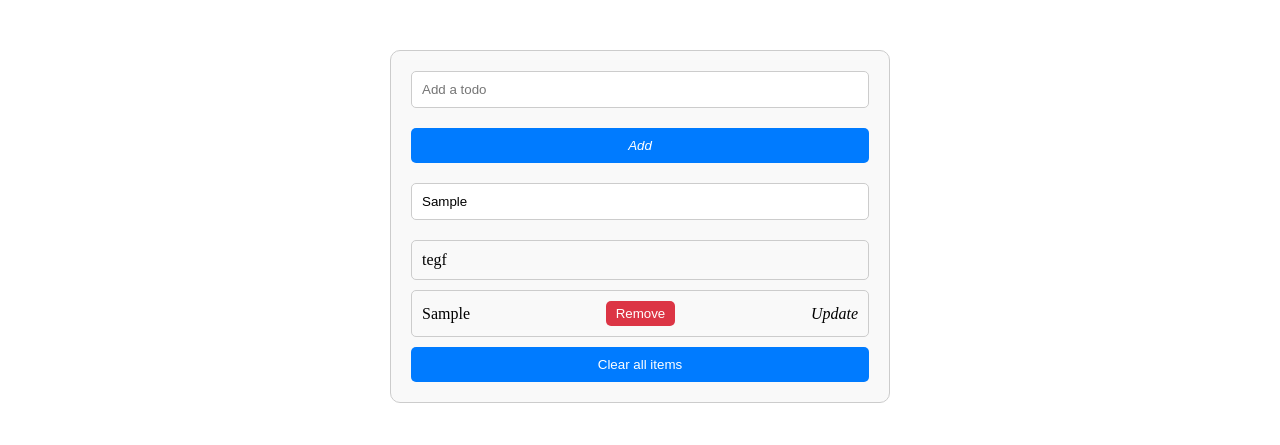
Repository: Fariadd/Vanilla-JS
Page: movieAPI/index.html
An editor plug-in stored every save of this project. The page is shown before and after the next save, followed by the edit.
The browser window is 1280 px wide. The pictures show the whole page.
Empty fields were first filled with sample values (such as "Sample", 5 or name@example.com).
After loading, the first visible `form.form` was submitted once.

Above is the page before, as saved 2024-10-04 11:09:08.

### movieAPI/index.html
<!DOCTYPE html>
<html lang="en">
  <head>
    <meta charset="UTF-8" />
    <meta name="viewport" content="width=device-width, initial-scale=1.0" />
    <title>Document</title>
    <link rel="stylesheet" href="style.css" />
  </head>
  <body>
    <div class="container">
      <form class="form" action="">
        <input type="text" placeholder="Add a todo" class="input" />
        <button class="btn" type="submit">Add</button>
        <input
          type="text"
          class="input"
          placeholder="filter items"
          id="filter"
        />
      </form>

      <ul class="card-list">
        <li>tegf</li>
      </ul>
      <button id="button" type="submit">Clear all items</button>
    </div>
    <script src="script.js"></script>
  </body>
</html>

### movieAPI/style.css
/* Basic reset */
* {
   margin: 0;
   padding: 0;
   box-sizing: border-box;
 }

 /* Container styling */
 .container {
   max-width: 500px;
   margin: 50px auto;
   padding: 20px;
   border: 1px solid #ccc;
   border-radius: 10px;
   background-color: #f9f9f9;

 }

 /* Form styling */
 .form {
   display: flex;
   flex-direction: column;
   justify-content: space-between;
   margin-bottom: 20px;
  row-gap: 20px;
 }

 .input {
   flex: 1;
   padding: 10px;
   border: 1px solid #ccc;
   border-radius: 5px;
   margin-right: 10px;
   width: 100%;

 }

 .btn {
   padding: 10px 20px;
   border: none;
   background-color: #007bff;
   color: white;
   border-radius: 5px;
   cursor: pointer;
 }

 #button{
  width: 100%;
  padding: 10px 20px;
  border: none;
  background-color: #007bff;
  color: white;
  border-radius: 5px;
  cursor: pointer;
 }

 .btn:hover {
   background-color: #0056b3;
 }

 /* Todo List */
 .card-list {
   list-style-type: none;
 }

 .card-list li {
   padding: 10px;
   border: 1px solid #ccc;
   border-radius: 5px;
   margin-bottom: 10px;
   display: flex;
   justify-content: space-between;
   align-items: center;
 }
 .card-list .update-btn{
  color: #ccc;
  background-color: #dc3545;
  color: white;
  border: none;
  padding: 5px 10px;
  cursor: pointer;
  border-radius: 5px;
 }

 /* Remove button */
 .remove-btn {
   background-color: #dc3545;
   color: white;
   border: none;
   padding: 5px 10px;
   cursor: pointer;
   border-radius: 5px;
 }

 .remove-btn:hover {
   background-color: #c82333;
 }

### movieAPI/script.js
const input = document.querySelector(".input");
const form = document.querySelector(".form");
const cardList = document.querySelector(".card-list");
const filter = document.querySelector("#filter");
const button = document.querySelector("#button");
const updateButton = document.querySelector(".btn");

function displayItemFromStorage() {
  let itemFromStorage = getItemFromStorage();
  itemFromStorage.forEach((item) => {
    createTodo(item); // Reuse the createTodo function to display each item
  });
}

form.addEventListener("submit", (e) => {
  e.preventDefault();

  let inputValue = input.value.trim();
  if (inputValue === "") {
    alert("add a todo");
    return;
  }

  if (existingItem(inputValue)) {
    alert("Item already exists!");
    return;
  }
  createTodo(inputValue);
  addItemToStorage(inputValue);
  checkUI();

  input.value = "";
});

function createTodo(todoText) {
  const li = document.createElement("li");
  li.textContent = todoText;

  const btn = document.createElement("button");
  btn.textContent = "Remove";
  btn.classList.add("remove-btn");

  const updateBtn = document.createElement("i");
  updateBtn.textContent = "Update";
  updateBtn.classList.add("update");

  li.appendChild(btn);
  li.appendChild(updateBtn);

  updateBtn.addEventListener("click", () => setItemToEdit(updateBtn));
  // Append the new todo item to the list
  cardList.appendChild(li);
}

function checkUI() {
  const liLists = cardList.querySelectorAll("li");
  if (liLists.length === 0) {
    filter.style.display = "none";
    button.style.display = "none";
  } else {
    filter.style.display = "block";
    button.style.display = "block";
  }
}
function addItemToStorage(newItem) {
  let itemFromStorage = getItemFromStorage();
  itemFromStorage.push(newItem);
  localStorage.setItem("item", JSON.stringify(itemFromStorage));
}

function getItemFromStorage() {
  let itemFromStorage;
  if (localStorage.getItem("item") === null) {
    itemFromStorage = [];
  } else {
    itemFromStorage = JSON.parse(localStorage.getItem("item"));
  }
  return itemFromStorage;
}

function removeItemFromStorage(event) {
  if (event.target.classList.contains("remove-btn"))
    if (confirm("Delete")) {
      const li = event.target.parentElement;
      const textItem = li.textContent.replace("Remove", "");
      li.remove(); // remove from ui

      // update local storage
      let itemsFromStorage = getItemFromStorage();
      itemsFromStorage = itemsFromStorage.filter((item) => item !== textItem);
      localStorage.setItem("item", JSON.stringify(itemsFromStorage));
    }
  checkUI();
}

function existingItem(item) {
  let itemFromStorage = getItemFromStorage();
  return itemFromStorage.includes(item);
}

function filterItem(e) {
  const liLists = cardList.querySelectorAll("li");
  const event = e.target.value.toLowerCase();

  liLists.forEach((item) => {
    const text = item.textContent.toLowerCase();
    text.includes(event)
      ? (item.style.display = "flex")
      : (item.style.display = "none");
  });
}

function checkUI() {
  const liLists = cardList.querySelectorAll("li");
  if (liLists.length === 0) {
    filter.style.display = "none";
    button.style.display = "none";
  } else {
    filter.style.display = "block";
    button.style.display = "block";
  }

  updateButton.innerHTML = "<i>Add</i>";

  isEidtMode = false;
}
function clearAllItems(e) {
  const liItems = cardList.querySelectorAll("li");

  if (liItems.length === 0) {
    console.log("do nothing");
  } else {
    cardList.innerHTML = "";
    localStorage.removeItem("item");
  }
  checkUI();
}

checkUI();
cardList.addEventListener("click", removeItemFromStorage);

filter.addEventListener("input", filterItem);
button.addEventListener("click", clearAllItems);
document.addEventListener("DOMContentLoaded", displayItemFromStorage);

After the next save:
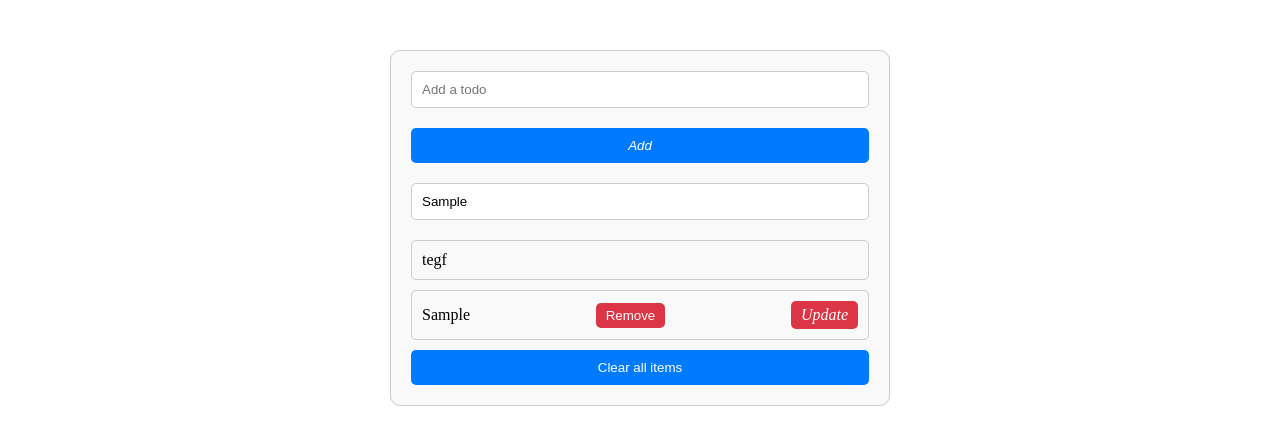
Saved 18 s later.
--- a/movieAPI/script.js
+++ b/movieAPI/script.js
@@ -42,7 +42,7 @@ function createTodo(todoText) {
 
   const updateBtn = document.createElement("i");
   updateBtn.textContent = "Update";
-  updateBtn.classList.add("update");
+  updateBtn.classList.add("update-btn");
 
   li.appendChild(btn);
   li.appendChild(updateBtn);
